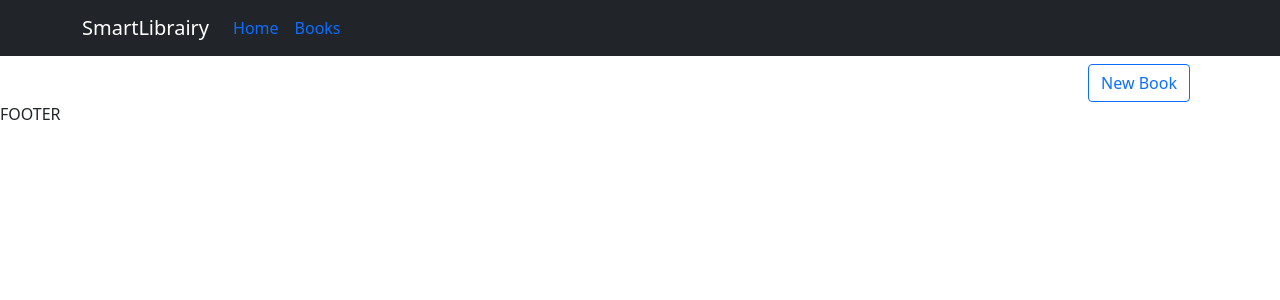
Repository: FS-23/smart-librairy
Page: http://localhost/books/list
An editor plug-in stored every save of this project. The page is shown before and after the next save, followed by the edit.
The browser window is 1280 px wide. The pictures show the whole page.
The page is served by the project's Laravel application, run on PHP 8.4 with Laravel 9. Other server files are loaded and not shown. Queries for data that is not in the repository find no rows.

Above is the page before, as saved 2022-06-10 13:30:48.

### routes/web.php
<?php

use Illuminate\Support\Facades\Route;
use Illuminate\Http\Request;
use App\Http\Controllers\BookController;

/*
    |--------------------------------------------------------------------------
    | Web Routes
    |--------------------------------------------------------------------------
    |
    | Here is where you can register web routes for your application. These
    | routes are loaded by the RouteServiceProvider within a group which
    | contains the "web" middleware group. Now create something great!
    |
*/

Route::get('/', function () {
    return redirect('/books/list');
});
Route::get('/books/list' , [BookController::class , 'index']);
Route::get('/books/create',[BookController::class , 'create']);
Route::get('/books/update/{id}',[BookController::class , 'edit']);
Route::post('/books/store' , [BookController::class , 'store']);
Route::post('/books/update/{id}' , [BookController::class , 'update']);
Route::get('/books/detail/{id}' , [BookController::class, 'show']);
Route::get('/books/delete/{id}' , [BookController::class, 'destroy']);

Route::view('/file' , 'file');

Route::post('/file/store' , function(Request $request){
    //hasFile

    $file = $request -> file('myFile');

    // Storage::put('myfile.jpg', $file);
     $storeResult = $file->store('public/bookImages'); // file est le name de votre input dans file.blade.php
    // return $storeResult;

    $fileName = str_replace('public' , 'storage' , $storeResult);
     return  $fileName;
});

### app/Http/Controllers/BookController.php
<?php

namespace App\Http\Controllers;

use App\Models\Book;
use Illuminate\Http\Request;

class BookController extends Controller
{

    public function index()
    {

        return view('book.list', ['books' => Book::all()]);
    }

    public function create()
    {
        return view('book.create');
    }

    public function store(Request $request)
    {
        $data = $request -> all();
        $file = $request -> file('bookImage');
        $fileStoreResult = $file->store('/public/bookImages');
        $fileName = str_replace('public', 'storage' , $fileStoreResult);
        $data['image'] = $fileName;
        $createdBook = Book::create($data);
        return redirect('/books/list');
    }


    public function show($id)
    {
        return  view('book.detail' , ["book" => Book::find($id)]);
    }


    public function edit($id)
    {
        return view('book.update' , ["book" => Book::find($id)]);
    }


    public function update(Request $request, $id)
    {
        $book = Book::find($id);
        $book ->update($request->all());

        return redirect('/books/list');
        //
    }

    public function destroy($id)
    {
        Book::destroy($id);
        return redirect('/books/list');
    }
}

### app/Models/Book.php
<?php

namespace App\Models;

use Illuminate\Database\Eloquent\Factories\HasFactory;
use Illuminate\Database\Eloquent\Model;

class Book extends Model
{
    use HasFactory;

    protected $fillable  = ["title", "author" , "description" , "categorie" , 'image'];
}

### resources/views/book/list.blade.php

 @extends('layout.layout')

 @section('content')
     <div class="mt-3 container">
             <div class="d-block text-end pe-2">
                 <a href="/books/create" class="btn btn-outline-primary mt-5">New Book</a>
             </div>
             <div class="row mx-0">
                 @foreach($books as $book)
                     <div style="" class="mt-3 col-12 col-sm-6 col-lg-4">
                         <div class="h-100">
                             <div class="bg-light p-3 d-flex justify-content-center align-items-center" style="height: 150px">
                                 <h3>{{ $book -> title }}</h3>
                                 <img src="{{ url($book->image) }}" width="70" height="100" alt="">
                             </div>
                             <div class="bg-dark text-white p-3 ">
                                 <p style="white-space: nowrap; overflow: hidden;text-overflow: ellipsis" class="">{{ $book -> description }}</p>
                                 <a href="/books/detail/{{ $book->id }}" class="btn btn-primary">More</a>
                             </div>
                         </div>
                     </div>
                 @endforeach

             </div>
     </div>
 @endsection

### resources/views/layout/layout.blade.php
<!DOCTYPE html>
<html lang="en">
<head>
    <meta charset="UTF-8">
    <meta name="viewport" content="width=device-width, initial-scale=1.0">
    <meta http-equiv="X-UA-Compatible" content="ie=edge">
    <title>SMART LIBRAIRY</title>

    <link rel="stylesheet" href="https://cdn.jsdelivr.net/npm/bootstrap@5.1.3/dist/css/bootstrap.min.css">
</head>
<body>
    <header style="position: fixed; top:0; width: 100%">
        <nav class="navbar navbar-expand-lg  bg-dark  text-white">
             <div class="container">
                  <div class="navbar-brand text-white">SmartLibrairy</div>

                  <button class="navbar-toggler" data-bs-toggle="collapse" href="#menu-container">
                     <span class="navbar-toggler-icon"></span>
                  </button>
                  <div class="collapse navbar-collapse" id="menu-container">
                    <ul class="navbar-nav">
                        <li class="nav-item">
                            <a href="/" class="nav-link">Home</a>
                        </li>
                        <li class="nav-item">
                             <a href="/books/list" class="nav-link">Books</a>
                        </li>
                    </ul>
                  </div>
             </div>

        </nav>
    </header>
    <section>
        @yield('content')
    </section>

    <section>
        @if($errors->count()>0)
            @foreach($errors->all() as $error)
                <h6 class="text-danger">{{ $error }}</h6>
            @endforeach
        @endif
    </section>
    <footer>
        FOOTER
    </footer>

    <script src="https://cdn.jsdelivr.net/npm/bootstrap@5.1.3/dist/js/bootstrap.bundle.min.js"></script>
</body>
</html>

Loaded but not shown: app/Http/Controllers/Controller.php (common file)

After the next save:
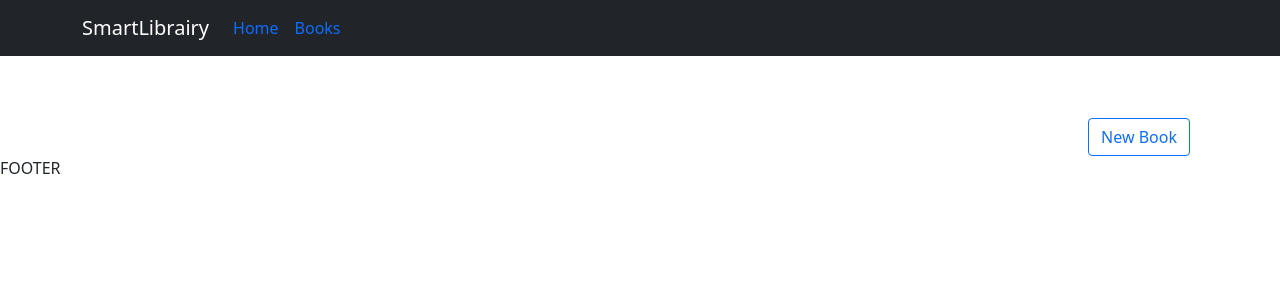
Saved 26 s later.
--- a/resources/views/layout/layout.blade.php
+++ b/resources/views/layout/layout.blade.php
@@ -31,7 +31,7 @@
 
         </nav>
     </header>
-    <section>
+    <section style="margin-top: 70px">
         @yield('content')
     </section>
 
